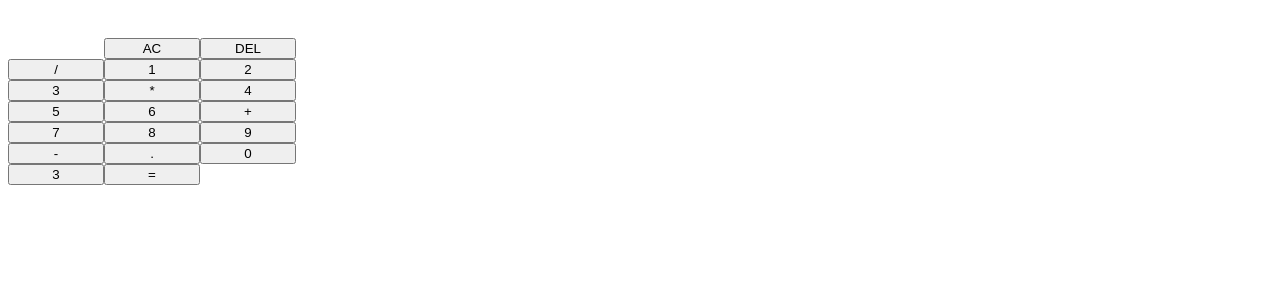
Repository: khadergw/calculator
Page: / (app in calculator/)
An editor plug-in stored every save of this project. The page is shown before and after the next save, followed by the edit.
The browser window is 1280 px wide. The pictures show the whole page.
The project was rebuilt for these pictures with package versions that can differ from the ones it lists, and the page was loaded fresh each time. Also part of the build but not shown: calculator/src/App.css.

Above is the page before, as saved 2022-09-10 23:17:27.

### calculator/src/App.js
import './App.css';
import './styles.css';

function App() {
  return (
    <div className="CalGrid">
      <div className='output'>
        <div className='prevOper'></div>
        <div className='currOper'></div>
      </div>
      <button className='wider'>AC</button>
      <button>DEL</button>
      <button>/</button>
      <button>1</button>
      <button>2</button>
      <button>3</button>
      <button>*</button>
      <button>4</button>
      <button>5</button>
      <button>6</button>
      <button>+</button>
      <button>7</button>
      <button>8</button>
      <button>9</button>
      <button>-</button>
      <button>.</button>
      <button>0</button>
      <button>3</button>
      <button className='wider'>=</button>


    </div>
  );
}

export default App;

### calculator/src/styles.css
.CalGrid {
  display: grid;
  margin-top: 3%;
  grid-template-columns: repeat(3, 6rem);
}

Loaded but not shown: calculator/public/index.html (common file); calculator/src/index.js (common file)

After the next save:
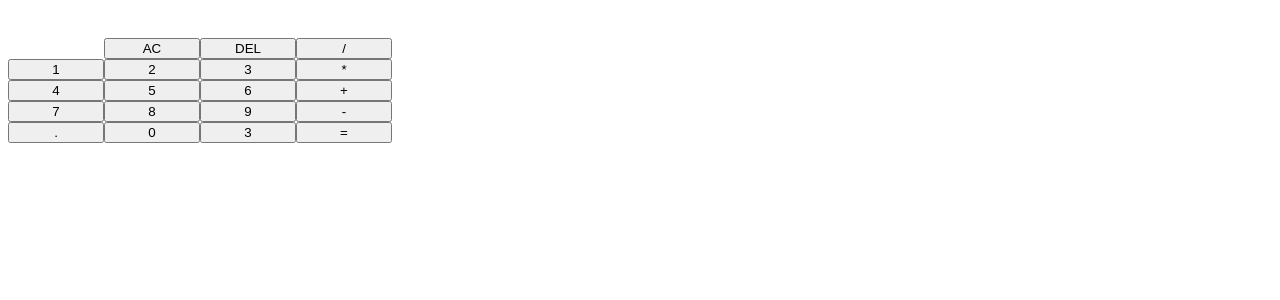
Saved 4 s later.
--- a/calculator/src/styles.css
+++ b/calculator/src/styles.css
@@ -1,5 +1,5 @@
 .CalGrid {
   display: grid;
   margin-top: 3%;
-  grid-template-columns: repeat(3, 6rem);
+  grid-template-columns: repeat(4, 6rem);
 }
